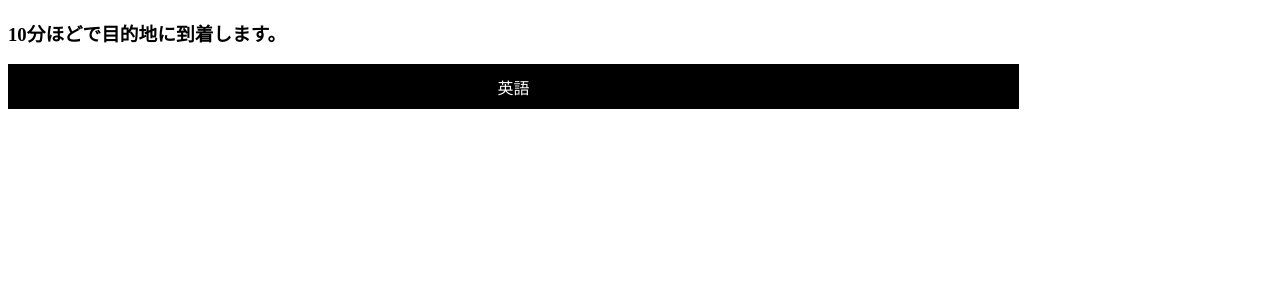
Repository: MBR3/MBR3.github.io
Page: index.html
These files come from the project's save history. The page is drawn as it stood at one moment and after the next save; the edit follows.
The browser window is 1280 px wide. The pictures show the whole page.

Above is the page before, as saved 2022-10-22 12:40:38.

### index.html
<!DOCTYPE html>
<html>
    <head>
        <title>バス運行（業務用）</title>
        <link rel="stylesheet" href="index.css">
        <script src="index.js"></script>
    </head>

    <body>
        <h3>10分ほどで目的地に到着します。</h3>
        <div class="btn" onclick="eng_audio()">英語</div>

        <audio id="eng_btn_audio">
            <source src="./audio/english-10.mp3" type="audio/mp3">
        </audio>
    </body>
</html>

### index.css
.btn {
    box-sizing: border-box;
    background-color: #000;
    color: #fff;
    cursor: pointer;
    display: flex;
    align-items: center;
    justify-content: center;
    height: 45px;
    width: 80%;
}

### index.js
function audio(language) {
    document.getElementById(language + '_btn_audio').currentTime = 0; //連続クリックに対応
    document.getElementById(language + '_btn_audio').play(); //クリックしたら音を再生
}

function eng_audio() {
    audio("eng")
}

After the next save:
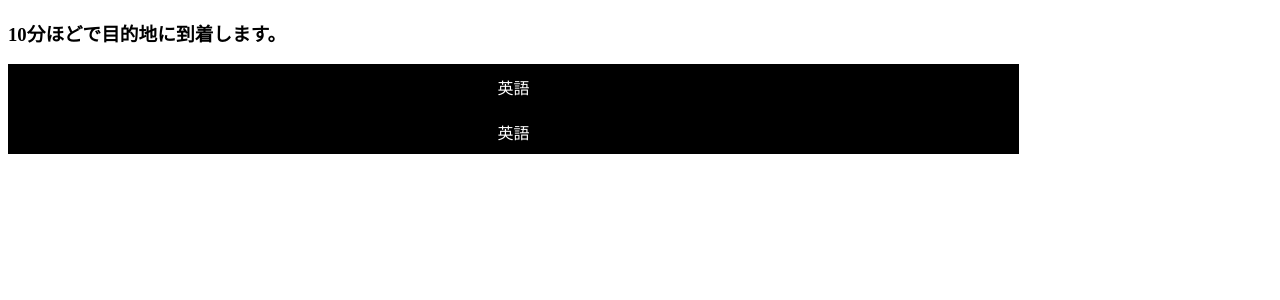
Saved 21 s later.
--- a/index.html
+++ b/index.html
@@ -8,8 +8,13 @@
 
     <body>
         <h3>10分ほどで目的地に到着します。</h3>
+
         <div class="btn" onclick="eng_audio()">英語</div>
+        <audio id="eng_btn_audio">
+            <source src="./audio/english-10.mp3" type="audio/mp3">
+        </audio>
 
+        <div class="btn" onclick="eng_audio()">英語</div>
         <audio id="eng_btn_audio">
             <source src="./audio/english-10.mp3" type="audio/mp3">
         </audio>
